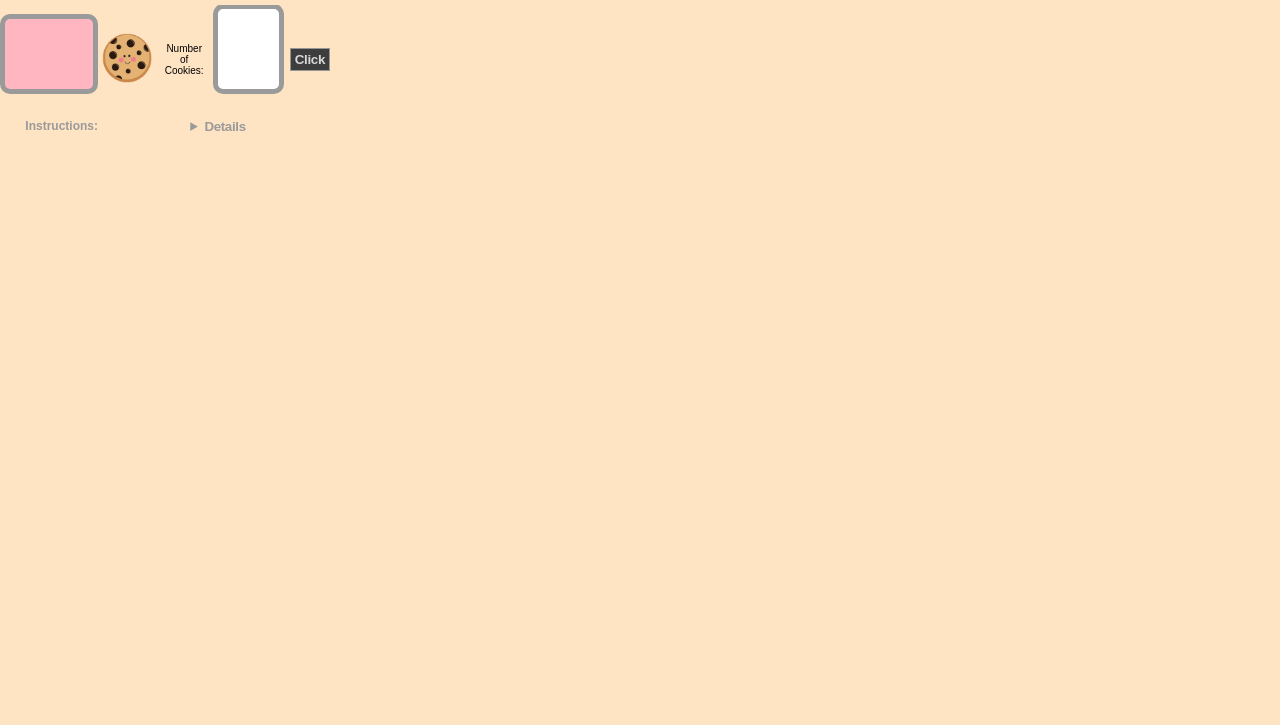
Repository: f00d4tehg0dz/elgato-streamdeck-cookie-clicker
Page: com.f00d4tehg0dz.cookieclicker.sdPlugin/cookieclicker.html
An editor plug-in stored every save of this project. The page is shown before and after the next save, followed by the edit.
The browser window is 1280 px wide. The pictures show the whole page.

Above is the page before, as saved 2022-01-28 12:01:43.

### com.f00d4tehg0dz.cookieclicker.sdPlugin/cookieclicker.html
<!DOCTYPE html>
<html>

<head>
    <meta charset="utf-8"/>
    <title>com.f00d4tehg0dz.cookieclicker</title>
    <link rel="stylesheet" href="css/sdpi.css">
    <link rel="stylesheet" href="css/styles.css">
    <script src="js/jquery-3.3.1.js"></script>
    <script src="js/common.js"></script>

</head>

<body>
<div class="sdpi-wrapper">
    <div class="sdpi-item">
        <div id="cookieTitle"></div>
        <div id="cookie" onclick="cookieClick()">
            <img src="icon-animate.gif" width="50px"/>
        </div>
        <br>
        <p>Number of Cookies:</p>
        <div id="cookieNumbers"></div>
        <button class="sdpi-item-value" id="updateButton">Click</button>
    </div>
    <div class="sdpi-item">
        <div class="sdpi-item-label">Instructions</div>
        <details class="sdpi-item-value">
            <p>Click the cookie to make more cookies<br>
            Cookie Title upgrades as you reach cookie clicker milestones <br></p>
            <p>You can learn more about this plugin by visiting its Github
                page by <a
                        href="#"
                        onclick="openGithub()">clicking here.</a>
        </details>
    </div>
</div>

<script>
    let uuid = "",
        actionName = "";

    if ($SD) {
        $SD.on('connected', function (jsonObj) {
            uuid = jsonObj['uuid'];
            if (jsonObj.hasOwnProperty('actionInfo')) {
                actionName = jsonObj.actionInfo.action;
            }
            let settings = $SD.actionInfo.payload.settings;
        });
    }

    $(document).ready(function () {

        $("#updateButton").click(function () {
            // Sending the saved settings to the plugin from property inspector.

            if ($SD && $SD.connection) {
                let payload = {};
                payload.updateClick = updateClick;

                $SD.api.sendToPlugin(uuid, actionName, payload);
            }
        });
        function openGithub() {
            $SD.api.openUrl($SD.actionInfo.context, "https://github.com/f00d4tehg0dz/Doge-Coin-Plugin-for-Eglato-Streamdeck")
    }
    });

</script>

</body>

</html>

### com.f00d4tehg0dz.cookieclicker.sdPlugin/css/styles.css
body {
  padding-top: 5px;
  font-family: Arial;
  background-color: bisque;
  margin: auto;
  text-align: center;
}

p {
  font-size: 10px;
  color: black;
  display: block;
  margin: 5px;
}

#cookieNumbers {
  margin: auto;
  text-align:center;
  padding-top: 20px;
  margin-bottom: 20px;
  font-size: 30px;
  border:5px solid;
  border-radius:10px;
  background-color:white;
  width:200px;
  height:60px;
}

#cookieTitle {
  margin: auto;
  text-align:center;
  padding-top: 20px;
  margin-bottom: 20px;
  font-size: 30px;
  border:5px solid;
  border-radius:10px;
  background-color:lightpink;
  width:300px;
  height:50px;
}

Loaded but not shown: com.f00d4tehg0dz.cookieclicker.sdPlugin/js/jquery-3.3.1.js (library); com.f00d4tehg0dz.cookieclicker.sdPlugin/js/common.js (1200 lines, source omitted); com.f00d4tehg0dz.cookieclicker.sdPlugin/css/sdpi.css (1482 lines, source omitted)

After the next save:
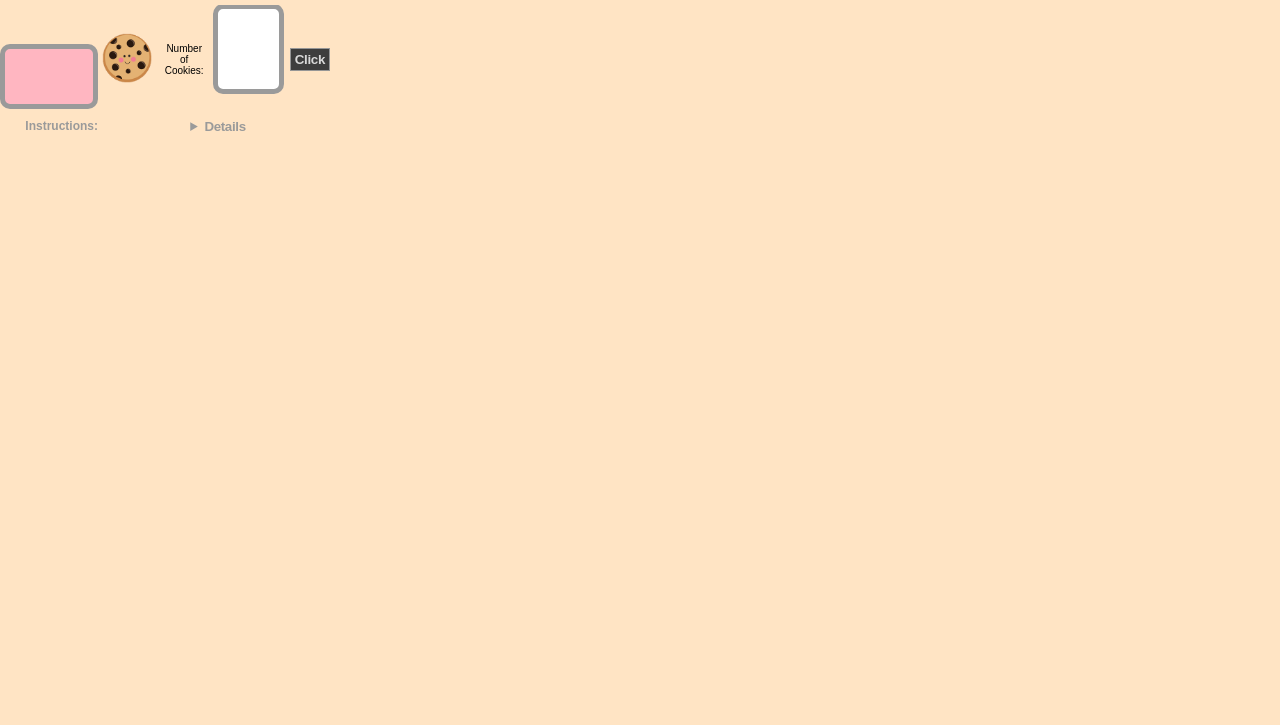
Saved 15 s later.
--- a/com.f00d4tehg0dz.cookieclicker.sdPlugin/css/styles.css
+++ b/com.f00d4tehg0dz.cookieclicker.sdPlugin/css/styles.css
@@ -29,9 +29,9 @@ p {
 #cookieTitle {
   margin: auto;
   text-align:center;
-  padding-top: 20px;
-  margin-bottom: 20px;
-  font-size: 30px;
+  padding-top: 5px;
+  margin-bottom: 5px;
+  font-size: 10px;
   border:5px solid;
   border-radius:10px;
   background-color:lightpink;
